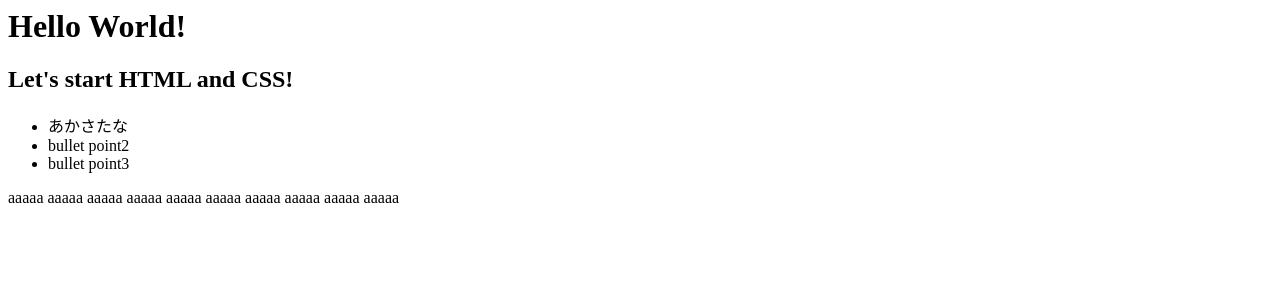
Repository: samuraiyutaichita/sample
Page: http://localhost/test.php
The author's editor kept a record of every edit. The page is drawn from the files as they stood at one moment, then again after the next edit.
The browser window is 1280 px wide. The pictures show the whole page.
The page is run by PHP 8.4 with error messages shown; the project is at /var/www/html/.

Above is the page before.

### test.php
<head>
    <meta charset="utf-8">
</head>
<h1>Hello World!</h1>
<h2>Let's start HTML and CSS!</h2>
<ul>
<li>あかさたな</li>
<li>bullet point2</li>
<li>bullet point3</li>
</ul>

<?php

for ($i = 0; $i < 10; $i++) {
    print_r("aaaaa"."\n");
     // code...
}

After the next edit:
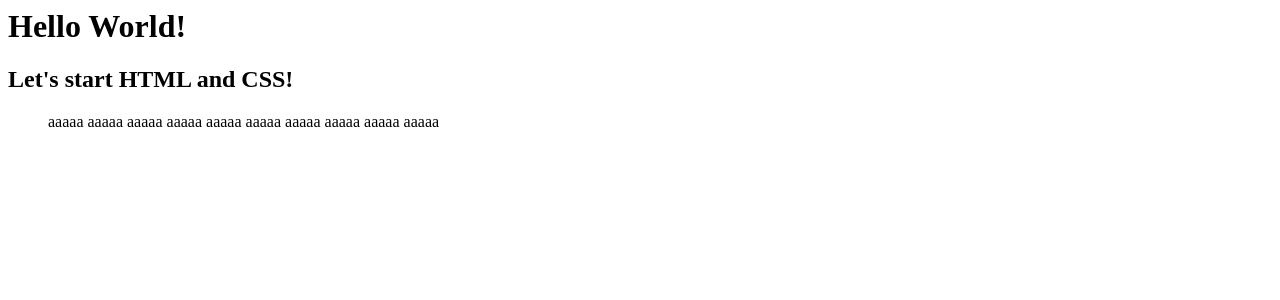
The edit:
--- a/test.php
+++ b/test.php
@@ -4,11 +4,6 @@
 <h1>Hello World!</h1>
 <h2>Let's start HTML and CSS!</h2>
 <ul>
-<li>あかさたな</li>
-<li>bullet point2</li>
-<li>bullet point3</li>
-</ul>
-
 <?php
 
 for ($i = 0; $i < 10; $i++) {
